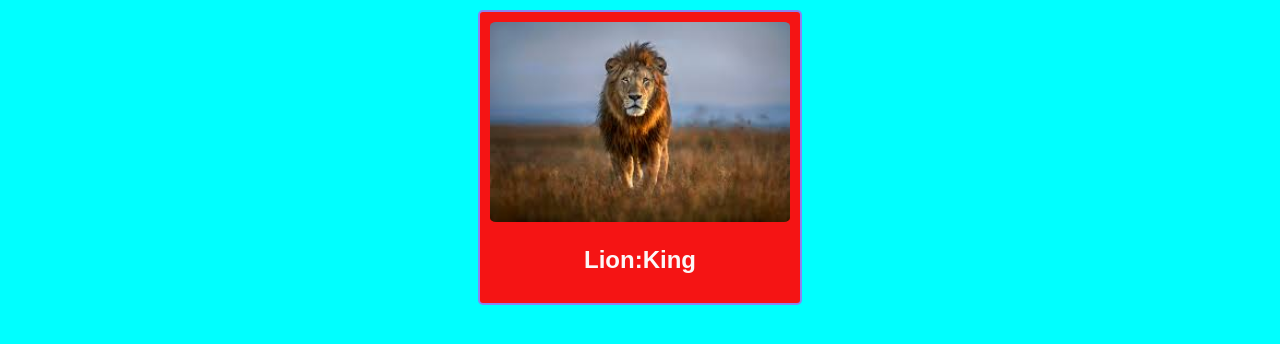
Repository: KingBoyMaylow/Animal-trading-card
Page: index.html
An editor plug-in stored every save of this project. The page is shown before and after a run of saves, followed by the edit.
The browser window is 1280 px wide. The pictures show the whole page.

Above is the page before, as saved 2024-05-13 22:01:01.

After the next 3 saves:
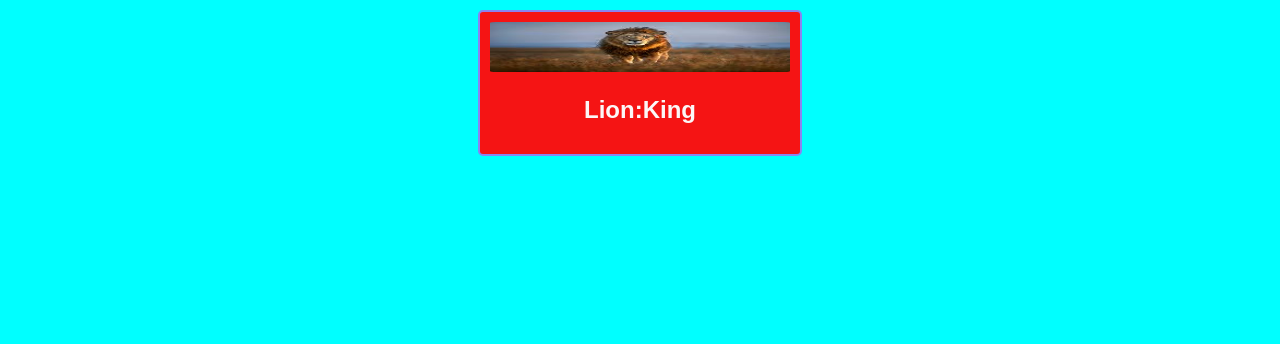
The 3 saves are shown as one change because they came seconds apart.
The last was saved 13 s later.
--- a/index.html
+++ b/index.html
@@ -23,7 +23,7 @@
     .card img {
         width: 100%;
         border-radius: 2%;
-        height: +50
+        height: +50px;
     }
     .card h2 {
         color: #fcf7f7;

After the 2 saves that followed:
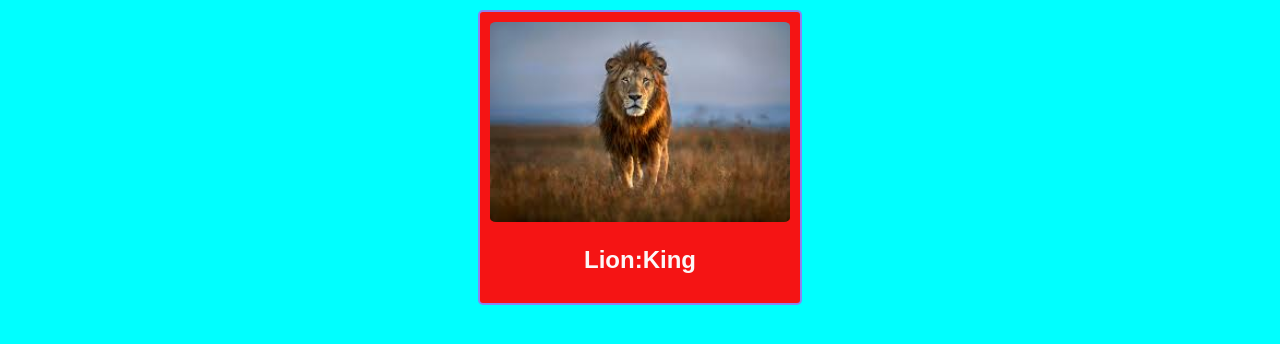
The 2 saves are shown as one change because they came seconds apart.
The last was saved 21 s later.
--- a/index.html
+++ b/index.html
@@ -23,7 +23,7 @@
     .card img {
         width: 100%;
         border-radius: 2%;
-        height: +50px;
+        height: -50px;
     }
     .card h2 {
         color: #fcf7f7;
